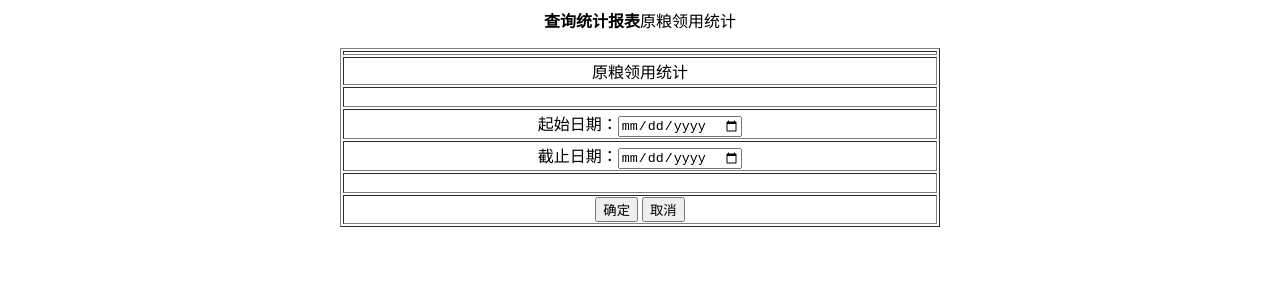
Repository: yuxingyan/OneCrewFlour
Page: http://localhost/Flour/inquireoutstore.jsp
These files come from the project's save history. The page is drawn as it stood at one moment and after the next save; the edit follows.
The browser window is 1280 px wide. The pictures show the whole page.
The page is served by Tomcat 9. Nobody is signed in. The application's start-up code is not run.

Above is the page before, as saved 2018-01-09 09:25:09.

After the next save:
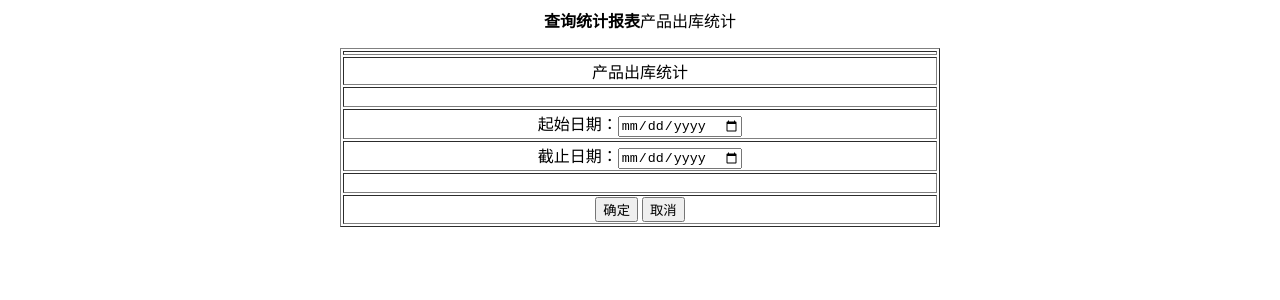
Saved 32 s later.
--- a/Flour/WebRoot/inquireoutstore.jsp
+++ b/Flour/WebRoot/inquireoutstore.jsp
@@ -24,11 +24,11 @@ String basePath = request.getScheme()+"://"+request.getServerName()+":"+request.
 
   <body>
     <center>
-       <form  name="原粮领用统计" action="" method="post">
-    <p><b>查询统计报表</b>原粮领用统计</p>
+       <form  name="产品出库统计" action="" method="post">
+    <p><b>查询统计报表</b>产品出库统计</p>
     <table border="1" width="600">
     <tr><td colspan="10" ></td></tr>
-    <tr height="20px"><td align="center" colspan="4" >原粮领用统计</td></tr>
+    <tr height="20px"><td align="center" colspan="4" >产品出库统计</td></tr>
     <tr height="20px"><td align="center" colspan="4" ></td></tr>
     <tr height="20px"><td align="center" colspan="4" >起始日期：<input type="date" /></td>
     </tr>
